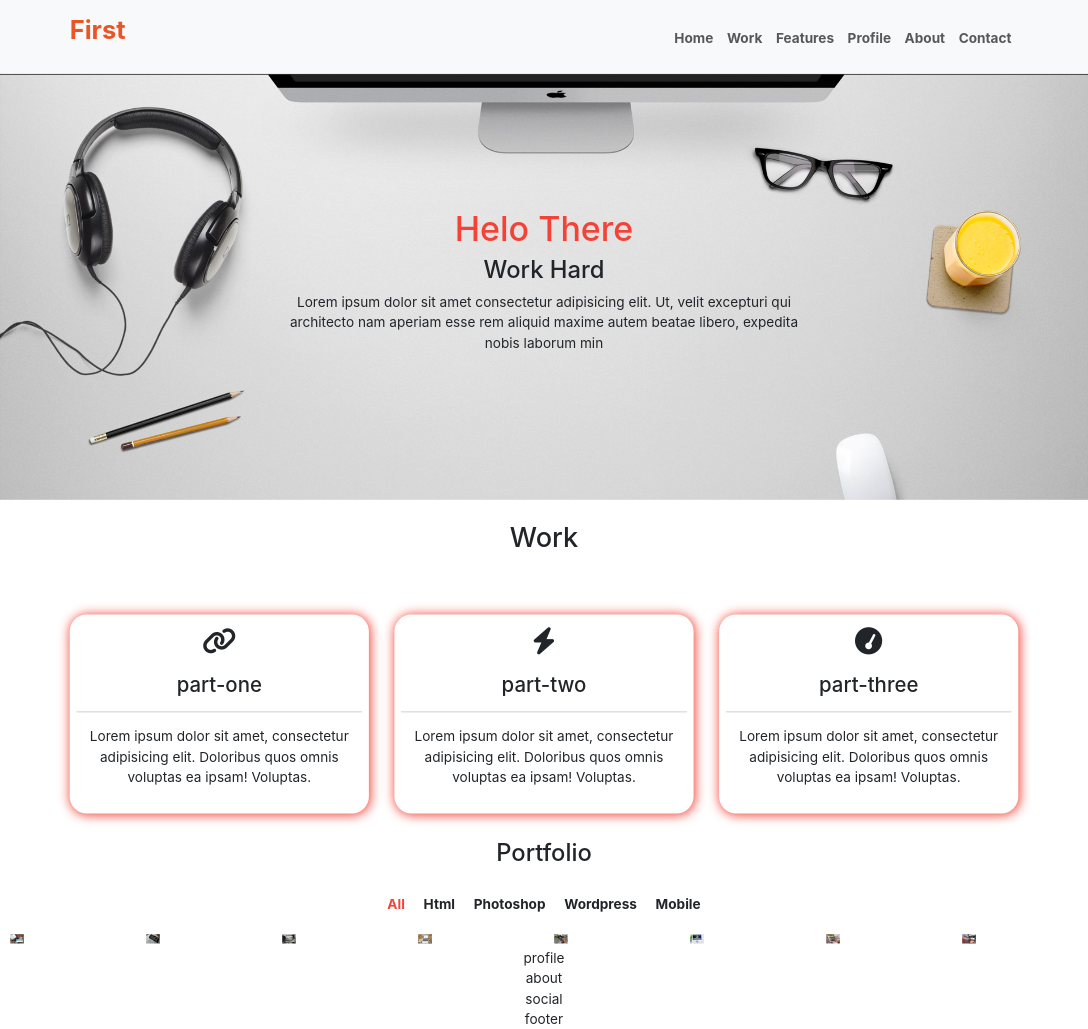
Repository: Hager-h/temple
Page: /
These files come from the project's save history. The page is drawn as it stood at one moment and after the next save; the edit follows.
The browser window is 1280 px wide. The pictures show the whole page, at 85% of full size.
The project was rebuilt for these pictures with package versions that can differ from the ones it lists, and the page was loaded fresh each time. Also part of the build but not shown: src/components/contact/index.js.

Above is the page before, as saved 2023-07-14 05:34:00.

After the next save:
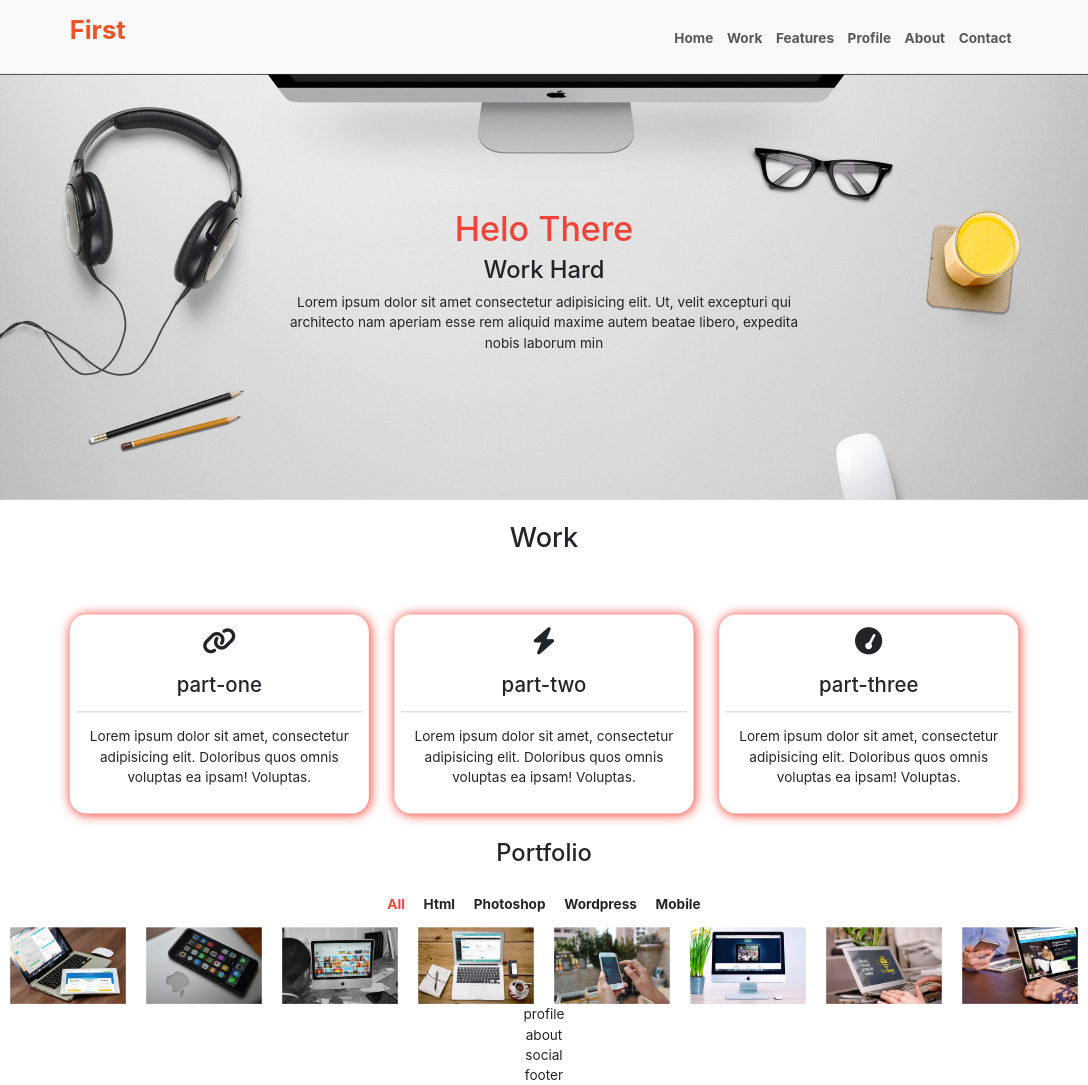
Saved 6 s later.
--- a/src/components/portfolio/Portfolio.js
+++ b/src/components/portfolio/Portfolio.js
@@ -13,7 +13,7 @@
       return(
 <div className="container">
 <div className="row">
-<div key={item.id} className=" col-md-3 col-sm-12 ">
+<div key={item.id} className=" col-md-">
 <div className="overlay"></div>
 <span>Show Image</span>
 <img className="port-image w-100" src={item.image} alt="image" />

After the save that followed:
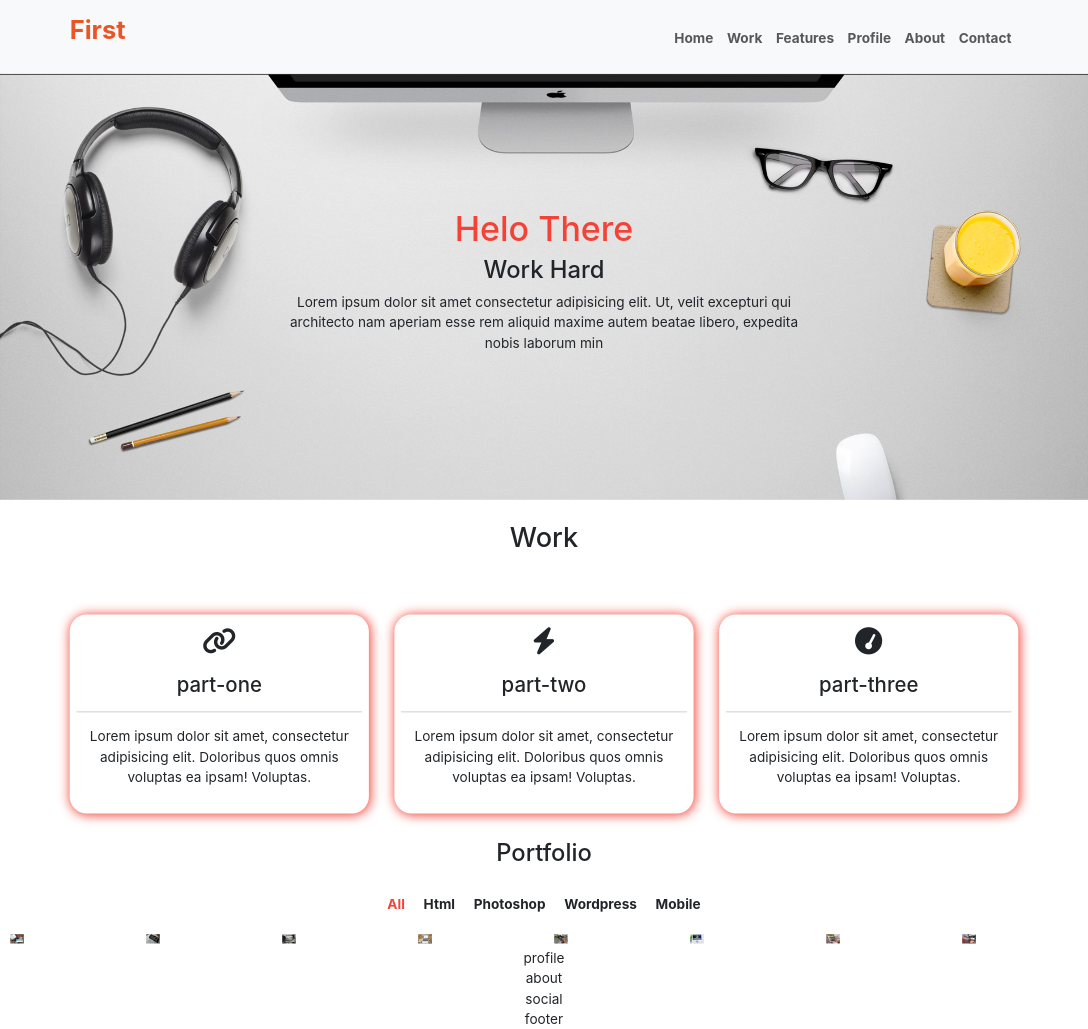
Saved 9 s later.
--- a/src/components/portfolio/Portfolio.js
+++ b/src/components/portfolio/Portfolio.js
@@ -13,7 +13,7 @@
       return(
 <div className="container">
 <div className="row">
-<div key={item.id} className=" col-md-">
+<div key={item.id} className=" col-md-6 col-lg-3 col">
 <div className="overlay"></div>
 <span>Show Image</span>
 <img className="port-image w-100" src={item.image} alt="image" />
